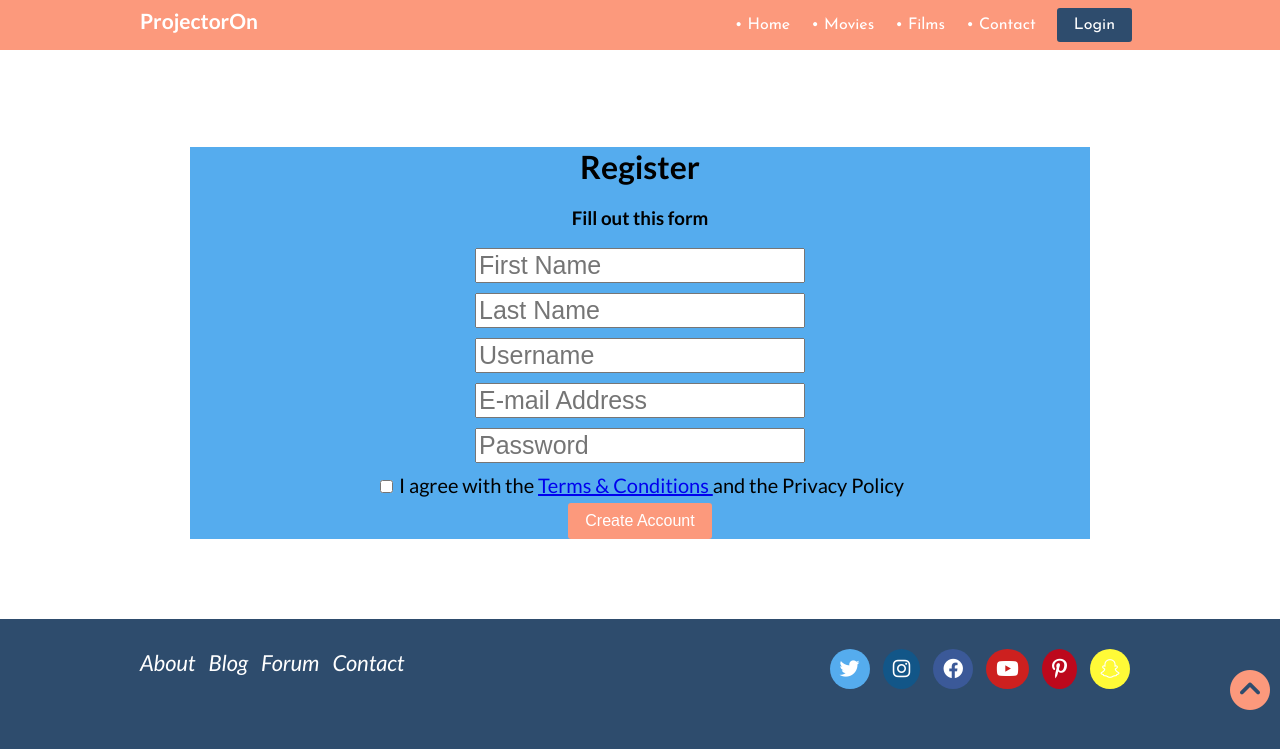
Repository: albayrakfatih/ProjectorOn_WebMovieApp
Page: register.html
These files come from the project's save history. The page is drawn as it stood at one moment and after a run of saves; the edit follows.
The browser window is 1280 px wide. The pictures show the whole page.
Some web libraries are served in a nearby version.

Above is the page before, as saved 2023-04-30 01:57:07.

### register.html
<!DOCTYPE html>
<html lang="en">
<head>
    <meta charset="UTF-8">
    <meta http-equiv="X-UA-Compatible" content="IE=edge">
    <meta name="viewport" content="width=device-width, initial-scale=1.0">
    <title>Movie App</title>
    <!-- <link rel="stylesheet" href="https://cdnjs.cloudflare.com/ajax/libs/font-awesome/6.3.0/css/all.min.css" integrity="sha512-SzlrxWUlpfuzQ+pcUCosxcglQRNAq/DZjVsC0lE40xsADsfeQoEypE+enwcOiGjk/bSuGGKHEyjSoQ1zVisanQ==" crossorigin="anonymous" referrerpolicy="no-referrer" /> -->
    <!-- <link rel="preconnect" href="https://fonts.googleapis.com">
    <link rel="preconnect" href="https://fonts.gstatic.com" crossorigin>
    <link href="https://fonts.googleapis.com/css2?family=Josefin+Sans:wght@400;700&family=Lato:ital,wght@0,400;0,700;1,400;1,700&display=swap" rel="stylesheet"> -->
    <!-- <link rel="stylesheet" href="css/buttons.css"> -->
    <link rel="stylesheet" href="css/styles.css">


</head>
<body id="body">

    <header class="main-header">
        <div class="container">
            <a href="#" class="main-header__logo">ProjectorOn</a>
            <nav class="main-nav">
                <ul class="main-nav__items">
                    <li class="main-nav__item">
                        <a href="#">Home</a>
                    </li>
                    <li class="main-nav__item">
                        <a href="#">Movies</a>
                    </li>
                    <li class="main-nav__item">
                        <a href="#">Films</a>
                    </li>
                    <li class="main-nav__item">
                        <a href="#">Contact</a>
                    </li>
                    <li class="main-nav__item main-nav__item--login">
                        <a class="btn btn-secondary" href="#">Login</a>
                    </li>
                </ul>
            </nav>
        </div>
    </header>

   <main class="signup-page">
    <div class="container">
        <div class="row">
            <div class="register-card-container">
                <div class="register-card">
                    <h1>Register</h1>
                    <h3>Fill out this form</h2>
                    <form action="" class="signup-form">
                        <input type="text" id="firstname" placeholder="First Name"><br>
                        <input type="text" id="lastname" placeholder="Last Name"><br>
                        <input type="text" id="username" placeholder="Username"><br>
                        <input type="email" id="email" placeholder="E-mail Address"><br>
                        <input type="password" id="password" placeholder="Password"><br>
                        <input type="checkbox" id="agree-terms">
                        <label for="agree-terms">I agree with the <a href="#">Terms &amp; Conditions </a> and the Privacy Policy </label><br>
                        <button type="submit" class="btn btn-primary">Create Account</button>
                    </form>
                </div>
            </div>
        </div>
    </div>
   </main>

    <footer>
        <div class="container">
            <div class="row">
                <div class="col-2">
                    <ul id="footer-links">
                        <li><a href="">About</a></li>
                        <li><a href="">Blog</a></li>
                        <li><a href="">Forum</a></li>
                        <li><a href="">Contact</a></li>
                    </ul>
                </div>
                <div class="col-2">
                    <ul id="social-links">
                        <li><a href="" class="fab fa-twitter"></a></li>
                        <li><a href="" class="fab fa-instagram"></a></li>
                        <li><a href="" class="fab fa-facebook"></a></li>
                        <li><a href="" class="fab fa-youtube"></a></li>
                        <li><a href="" class="fab fa-pinterest-p"></a></li>
                        <li><a href="" class="fab fa-snapchat"></a></li>
                    </ul>
                </div>
            </div>
        </div>
    </footer>

    <a href="#body" id="backtotop">
        <i class="fas fa-chevron-circle-up"></i>
    </a>

</body>
</html>

### css/styles.css
@import url("https://cdnjs.cloudflare.com/ajax/libs/font-awesome/6.3.0/css/all.min.css");
@import url('https://fonts.googleapis.com/css2?family=Josefin+Sans:wght@400;700&family=Lato:ital,wght@0,400;0,700;1,400;1,700&display=swap');
@import url("buttons.css");



html {
    scroll-behavior: smooth;
}

*{
    box-sizing: border-box;
}
body{
    margin: 0px;
    font-family: 'Lato', sans-serif;
}
main{
    margin-top: 47px;
}
#showcase{
     background: /*linear-gradient(to bottom, rgba(252, 153, 124,0.1),rgb(250, 81, 30,0.3)),  */
    url('../img/projector1.jpg');
    background-position: center left;
    background-repeat: no-repeat;
    background-size: cover;
    background-attachment: fixed;
    border-top: 3px solid #fff;
    /*border: 4px solid white;*/
    height: 100vh;
    width: 100%;
    color: aliceblue;
    position: relative;
}
#showcase .content {
    position: absolute;
    font-size: 25px;
    margin: 0;
    top: 50%;
    left: 50%;
    transform: translate(-50%,-50%);
    width: 60%;
    background-color: rgba(46,76,109,0.3);
    color: #fff;
    padding: 20px;
    border-radius: 10px;
}


#how-it-works{
    background-color: #fff;
    padding: 10px;
    text-align: center;/*text-align kalıtım yolu ile aktarılabiliyor. bu yüzden tüm how-it-works section öğelerine center dedim.*/
}

.main-header{
    background-color: #FC997C;
    padding: 8px 16px;
    position: fixed;
    top: 0;
    z-index: 1;
    width: 100%;
}
.main-nav{
    display: inline-block;
    width: calc(100% - 121px);
    text-align: right;
    font-family: 'Josefin Sans', sans-serif;
}
.main-nav__items{
    list-style: none;
    margin: 0px;
    padding: 0px;
}
.main-nav__item{
    display: inline-block;
    margin: 0 8px;
}

.main-header__logo{
    color: #fff;
    text-decoration: none;
    font-weight: bold;
    font-size: 21px;
}

.main-nav__item a{
    text-decoration: none;
    color: #fff;
}
.main-nav__item a:hover{
    color:#160140;
}
.main-nav__item a:active{
    color: #fff;
}
.main-nav__item::before{
    content: '\2022';
    color: #fff;
}
.main-nav__item:hover::before{
    color: #160140;
}
.main-nav__item:active::before{
    color: #fff;
}
/* .main-nav__item--login a{
     color:#fff;
    background-color: #160140;
    border: 2px solid #fff;
    padding: 4px 16px;
    border-radius: 6px;
    font-weight: bold;
} */
/* .main-nav__item--login a:hover{
    border-color: #160140;
    color: #160140;
    background-color: #fff;
} */
.main-nav__item--login::before{
    content: none;
}

.row{
    margin-bottom: 30px;
    /* margin-top: 20px; */
}
/* .col-2{
    display: inline-block;
    width: calc(50% - 2px);
    height:350px;
    background-color: tomato;
    vertical-align:top;
}
.col-3{
    display: inline-block;
    width: 30%;
    padding: 16px;
    margin: 8px;
} */
.col-2 {
    float: left;
    width: 50%;
}
.col-3 {
    float: left;
    width: 33.3%;
}
.col-4 {
    float: left;
    width: 25%;
}

.icon-box h3{
    font-size: 25px;
    color: #3e4555;
}
.icon-box i{
    color: #FC997C;
}

.features-left{
    background-image: url("../img/titanic.jpg");
    background-position: center top;
    background-size: cover;
}
.features-right{
    background-color: #edf5f7;
    padding: 40px 20px;
}
.features-right h2{
    font-size: 30px;
}
.features-left,
.features-right {
    height: 350px;
}


.btn-view-features{
    background-color: #FC997C;
    color: #fff;
    padding: 7px 15px;
    border: 1px solid #FC997C;
    text-decoration: none;
    font-size: 14px;
    font-family: 'Josefin Sans', sans-serif;
    border-radius: 3px;
    display: inline-block;
    margin-top: 15px;
}
.btn-view-features:hover{
    color: #FC997C;
    background-color: #fff;
}
.section-title{
    text-align: center;
    margin-bottom: 40px;
    font-weight:700;
    font-size: 30px;
    color: #3e4555;
}
.plan{
    text-align: center;
    padding: 10px;
}

.plan__badge{
    background-color: orange;
    color: red;
    padding: 8px;
    border-radius: 5px;
}

.plan--featured {
    position: relative;
    top: -30px;
}

.recommended_plan{
    color: #ffffff;
    background-color: mediumblue!important;

}

 /* .clearfix{
    content: "";    .clearfix yerine .row sınıfını kullandık
    display: block;
    clear: both;
}  */
.row::after{
    content: "";
    display: block;
    clear: both;
}

.container{
    margin: 0 auto;
    width: 1000px;
}

.inner-plan{
    background-color:#edf5f7;
    padding: 25px 15px;
    border-radius: 5px;
    box-shadow:  0px 5px 15px rgba(0, 0, 0, 0.35);
    transition: box-shadow .8s;
}
.inner-plan:hover{
    box-shadow: 0px 5px 15px rgba(0, 0, 0, 0.7);
}


#backtotop {
    position: fixed;
    bottom: 10px;
    right: 10px;
}
#backtotop i {
    font-size: 40px;
    background-color:transparent;
    color: #fc997C;
    transition: color .6s;
}
#backtotop i:hover {
    color: #fb7850;
}

.counter {
    background: linear-gradient(to bottom, #FC997C 0%, #FC8b69 100%);
    text-align: center;
    padding:50px;
}
.counter h4 {
    margin-top: 0;
    color: #fff;
}
.counter__item{
    font-weight: 700;
    font-size: 25px;
    color: #fff;
}

/*----------movies--------------*/

.card-container {
    padding: 10px;
}
.card {
     /* width: 20vw;  veya 300px;  */
    background-color: #fff;
    box-shadow: rgba(14, 30, 37, 0.12) 0px 2px 4px 0px, rgba(14, 30, 37, 0.32) 0px 2px 16px 0px;
    cursor: pointer;
    border-radius: 5px;
    /* height: 90vh;  */
    position: relative;
    top: 0;
    transition: all .5s;
}
.card:hover {
    top: -10px;
    box-shadow: rgba(14, 30, 37, 0.9) 0px 2px 4px 0px, rgba(14, 30, 37, 0.9) 0px 2px 16px 0px;
}
.card-title {
    text-align: center;
}
.card-image {
    width:100%;
    /*height:45vh;*/
    max-height: 350px;
}
.card-button {
    text-align: center;
}
.card-body {
    padding: 30px;
}

/*-------------- footer --------------*/

footer {
    background-color: #2E4C6D;
    padding: 30px;
    margin-top: 25px;
}

footer a {
    color: #fff;
    font-size: 22px;
    text-decoration: none;
    font-style: italic;
}
footer ul {
    margin: 0;
    padding:0;
}

footer ul li {
    list-style-type: none;
    display: inline-block;
    margin-right: 10px;
}

#social-links {
    text-align: right;
}

.fab {
    padding: 10px;
    font-size: 20px;
    border-radius: 50%;
}
.fab:hover {
    opacity: 0.5;
}

.fa-twitter {
    background-color: #55acee;
    color: #fff;
}
.fa-instagram {
    background-color: #125688;
    color: #fff;
}
.fa-facebook {
    background-color: #3b5998;
    color: #fff;
}
.fa-youtube {
    background-color: #cd201f;
    color: #fff;
}
.fa-pinterest-p {
    background-color: #bd081c;
    color: #fff;
}
.fa-snapchat {
    background-color: #fffa37;
    color: #fff;
}

/*------------- register-card ------------*/

.register-card {
    background-color: #55acee;
    margin-top: 50px;
    padding
}
.signup-form {
    text-align: center;
}
.register-card h1,h3 {
    text-align: center;
}
.signup-form input {
    font-size: 25px;
    margin-bottom: 10px;
}
.signup-form label {
    font-size: 20px;
    margin-bottom: 20px;
}
.register-card-container {
    padding: 50px;
}

### css/buttons.css


.btn {
    text-align: center;
    text-decoration: none;
    display: inline-block;
    padding: 7px 15px;
    font-size: 16px;
    cursor: pointer;
    border: none;
    border-radius: 3px;
    transition-duration: .8s;
}

.btn-primary{
    background-color: #FC997c;
    color: #fff;
    border: 2px solid #FC997c;
}
.btn-primary:hover{
    background-color: #fff;
    color: #FC997c;
    border: 2px solid #FC997c;
}
.btn-outline-primary{
    background-color: #fff;
    color: #FC997c;
    border: 2px solid #FC997c;
}
.btn-outline-primary:hover{
    background-color: #FC997c;
    color: #fff;
    border: 2px solid #FC997c;
}



.btn-secondary{
    background-color: #2E4C6D;
    color: #fff;
    border: 2px solid #2E4C6D;
}
.btn-secondary:hover{
    background-color: #fff;
    color: #2E4C6D;
    border: 2px solid #2E4C6D;
}
.btn-outline-secondary{
    background-color: #fff;
    color: #2E4C6D;
    border: 2px solid #2E4C6D;
}
.btn-outline-secondary:hover{
    background-color: #2E4C6D;
    color: #fff;
    border: 2px solid #2E4C6D;
}

After the next 2 saves:
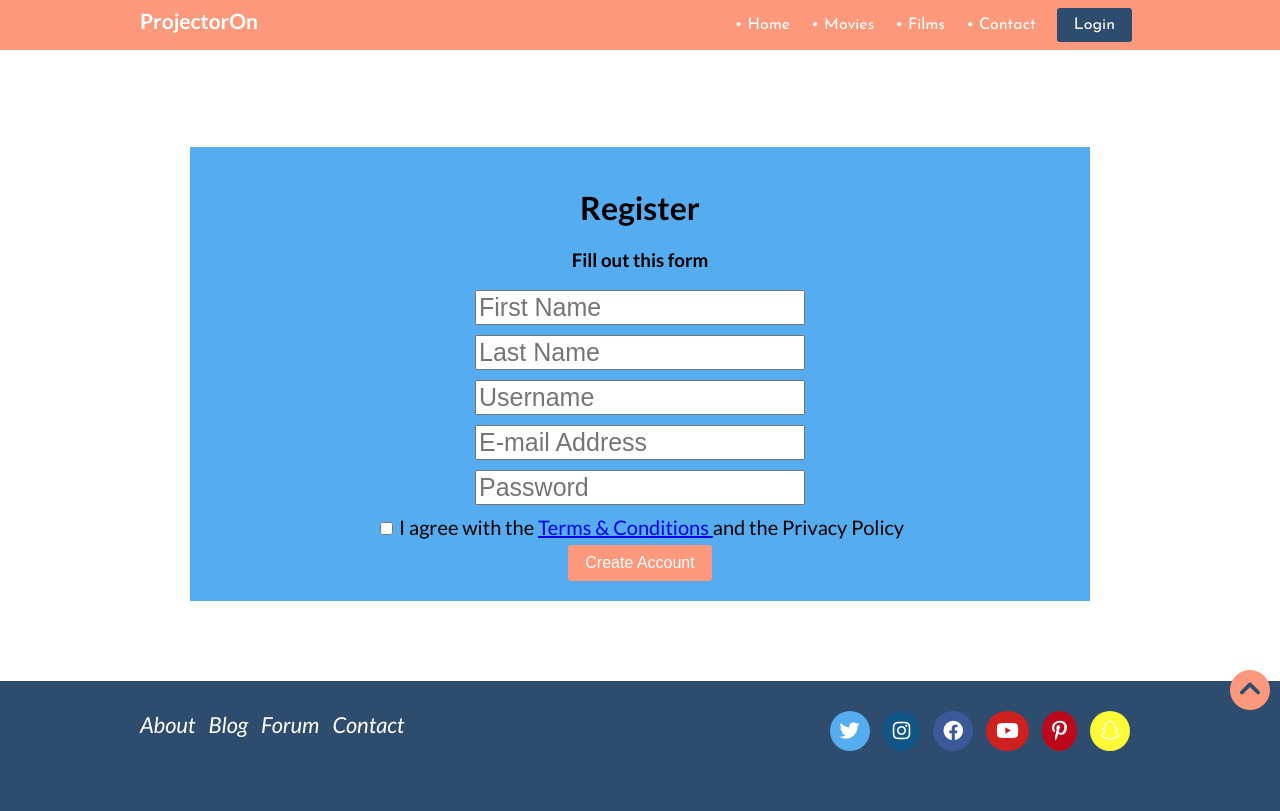
The 2 saves are shown as one change because they came seconds apart.
The last was saved 5 s later.
--- a/css/styles.css
+++ b/css/styles.css
@@ -384,7 +384,7 @@ footer ul li {
 .register-card {
     background-color: #55acee;
     margin-top: 50px;
-    padding
+    padding:20px;
 }
 .signup-form {
     text-align: center;
